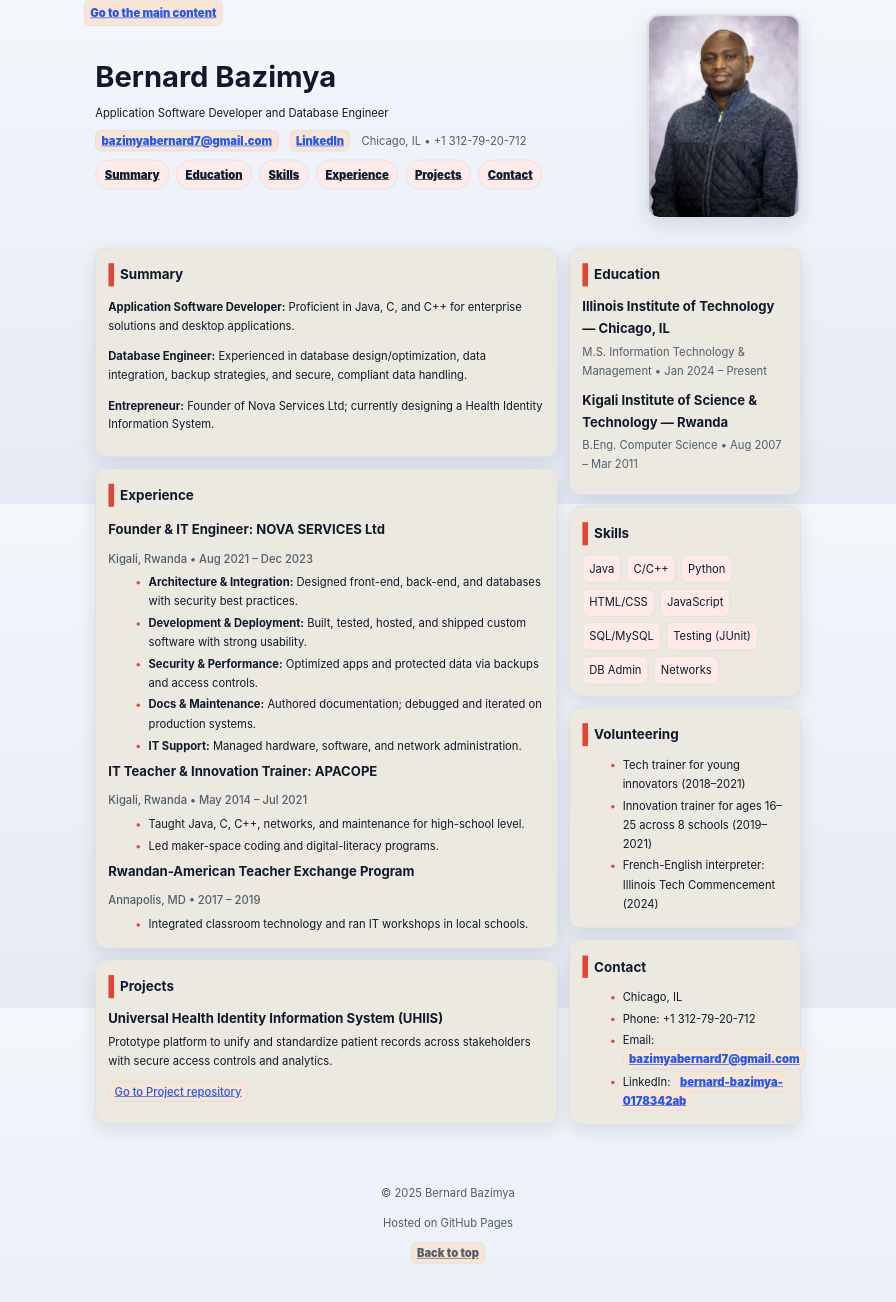
Repository: bbazimya/bernardbazimya-resume
Page: index.html
The author's editor kept a copy of each file at every save. The page is drawn from the files as they stood at one save, then again after a run of saves.
The browser window is 1280 px wide. The pictures show the whole page, at 70% of full size.
Backgrounds fixed to the window are drawn as part of the page. Some web fonts or font styles are not loaded; a fallback is used.

Above is the page before, as saved 2025-09-14 00:19:22.

After the next 6 saves:
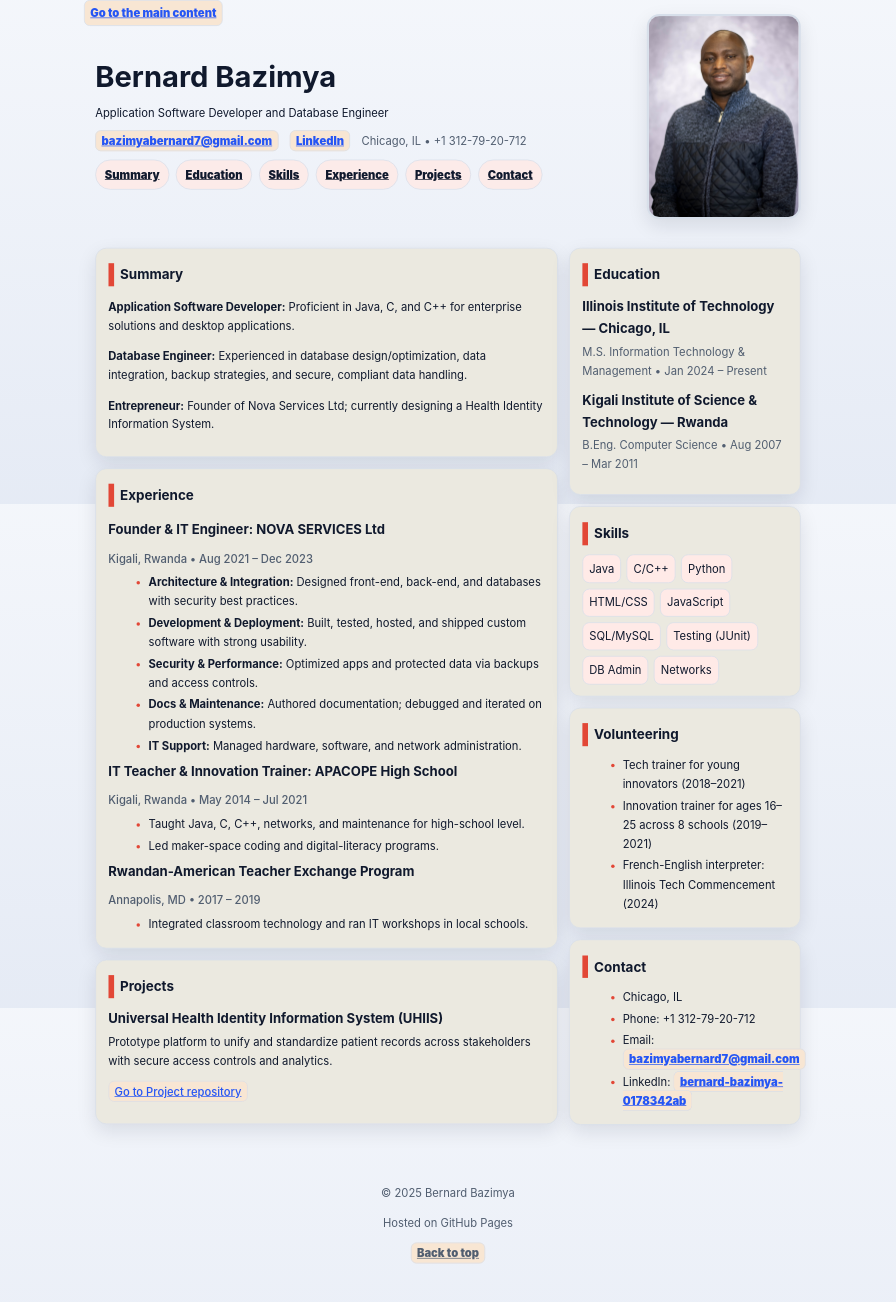
The 6 saves are shown as one change because they came seconds apart.
The last was saved 14 s later.
--- a/index.html
+++ b/index.html
@@ -83,7 +83,7 @@
 
           <article class="job">
             <header class="job__header">
-              <h3 class="job__title">IT Teacher &amp; Innovation Trainer: APACOPE</h3>
+              <h3 class="job__title">IT Teacher &amp; Innovation Trainer: APACOPE High School</h3>
               <p class="job__meta">Kigali, Rwanda • May&nbsp;2014 – Jul&nbsp;2021</p>
             </header>
             <ul class="list">
